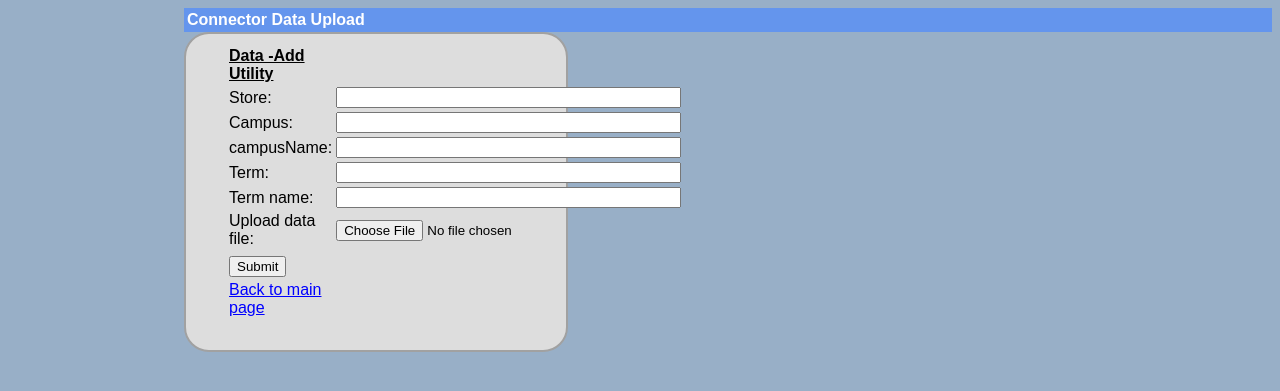
Repository: caditya/Dataupload
Page: http://localhost/connectordata/WEB-INF/views/datainput.jsp
The author's editor kept a copy of each file at every save. The page is drawn from the files as they stood at one save, then again after the next save.
The browser window is 1280 px wide. The pictures show the whole page.
Some web libraries are served in a nearby version. The page is served by Tomcat 9. Nobody is signed in. The template is opened directly, without the code that normally fills it, so the values that code supplies are empty.

Above is the page before, as saved 2014-07-21 19:42:55.

After the next save:
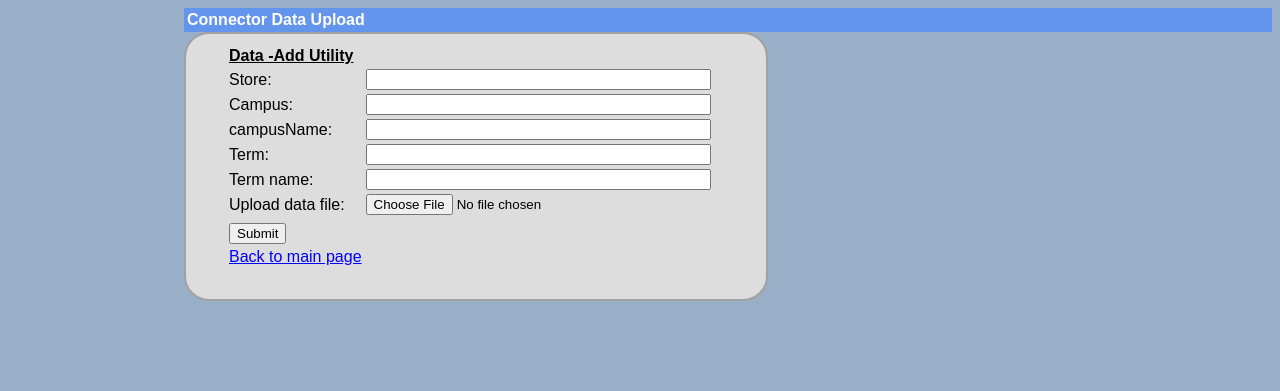
Saved 25 s later.
--- a/QAFileUpload/connectordata/src/main/webapp/resources/css/coffee.css
+++ b/QAFileUpload/connectordata/src/main/webapp/resources/css/coffee.css
@@ -110,6 +110,6 @@ div {
     border: 2px solid #a1a1a1;
     padding: 10px 40px;
     background: #dddddd;
-    width: 300px;
+    width: 500px;
     border-radius: 25px;
 }
